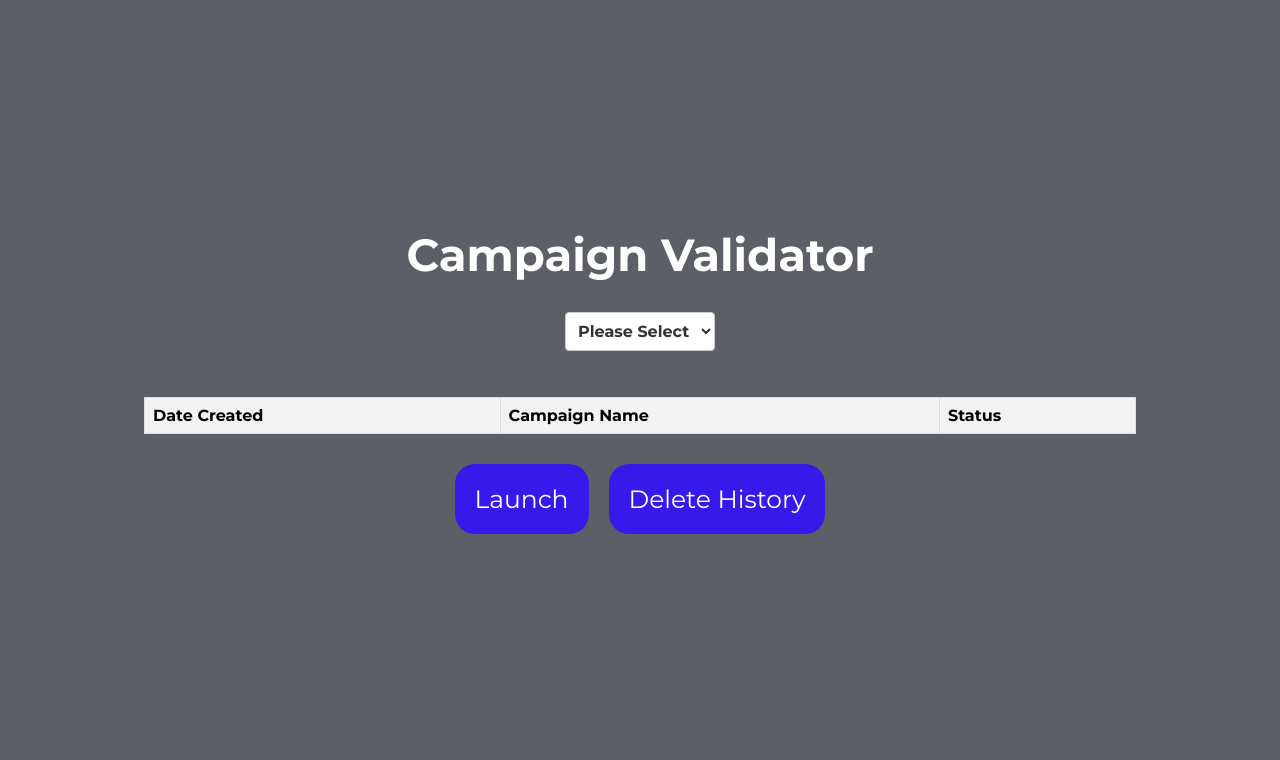
Repository: AbApin/project
Page: / (app in frontend/)
The author's editor kept a copy of each file at every save. The page is drawn from the files as they stood at one save, then again after a run of saves.
The browser window is 1280 px wide. The pictures show the whole page.
The page's requests for data from a server got no answer. The project was rebuilt for these pictures with package versions that can differ from the ones it lists, and the page was loaded fresh each time. No one was signed in, and anything a server would have sent is missing. Also part of the build but not shown: frontend/vue.config.js.

Above is the page before, as saved 2023-02-22 11:56:32.

### frontend/public/index.html
<!DOCTYPE html>
<html lang="">
  <head>
    <meta charset="utf-8" />
    <meta http-equiv="X-UA-Compatible" content="IE=edge" />
    <meta name="viewport" content="width=device-width,initial-scale=1.0" />
    <link rel="icon" href="<%= BASE_URL %>favicon.ico" />
    <title><%= htmlWebpackPlugin.options.title %></title>
    <link
      href="https://fonts.googleapis.com/css?family=Montserrat:100,200,300,regular,500,600,700,800,900,100italic,200italic,300italic,italic,500italic,600italic,700italic,800italic,900italic"
      rel="stylesheet"
    />
  </head>
  <body>
    <noscript>
      <strong
        >We're sorry but <%= htmlWebpackPlugin.options.title %> doesn't work properly without
        JavaScript enabled. Please enable it to continue.</strong
      >
    </noscript>
    <div id="app"></div>
    <!-- built files will be auto injected -->
  </body>
</html>

### frontend/src/App.vue
<template>
  <div id="app">
    <h1 class="appTitle">Campaign Validator</h1>
    <CampaignList @selected-campaign="handleCampaignSelected" />
    <table>
      <thead>
        <tr>
          <th>Date Created</th>
          <th>Campaign Name</th>
          <th>Status</th>
        </tr>
      </thead>
      <tbody>
        <tr v-for="test in tests" :key="test.id">
          <td>{{ test.date }}</td>
          <td>{{ test.campaign }}</td>
          <td :class="test.status ? 'status-passed' : 'status-failed'">
            {{ test.status ? 'Passed' : 'Failed' }}
          </td>
        </tr>
      </tbody>
    </table>
    <div class="btnsContainer">
      <button class="launchBtn" @click="createTest">launch</button>
      <button class="deleteBtn" @click="createTest">delete history</button>
    </div>
  </div>
</template>

<script>
import axios from 'axios';
import CampaignList from './components/CampaignList.vue';

export default {
  components: { CampaignList },
  name: 'App',
  data() {
    return {
      selectedCampaign: '',
      tests: [],
    };
  },
  async mounted() {
    await axios
      .get('/api/tests')
      .then((response) => {
        this.tests = response.data;
      })
      .catch((error) => {
        console.log(error);
      });
  },
  methods: {
    async createTest() {
      await axios
        .post(`/api/tests/${this.selectedCampaign.name}`)
        .then((response) => {
          this.tests = response.data;
        })
        .catch((error) => {
          console.log(error);
        });
    },
    handleCampaignSelected(campaign) {
      this.selectedCampaign = campaign;
    },
  },
};
</script>

<style>
* {
  margin: 0;
  padding: 0;
  box-sizing: 0;
  font-family: 'Montserrat', sans-serif;
}
#app {
  background: #5d5f66;
  display: flex;
  align-items: center;
  justify-content: center;
  flex-direction: column;
  gap: 30px;
  padding: 20px;
  height: 100vh;
}
.appTitle {
  font-size: 45px;
  color: #fff;
}
.btnsContainer{
  display: flex;
  gap: 20px;
  align-items: center;
}
.launchBtn,
.deleteBtn {
  font-size: 25px;
  text-transform: capitalize;
  padding: 20px;
  border-radius: 20px;
  border: 0;
  background: rgba(55, 25, 235, 1);
  color: #fff;
  cursor: pointer;
  transition: all 0.3s ease-in;
}
.launchBtn:hover {
  box-shadow: 0 0 10px rgba(55, 25, 235, 1);
}
select.campaignsList {
  font-size: 16px;
  font-weight: bold;
  color: #333;
  padding: 8px;
  margin-bottom: 16px;
  border: 1px solid #ccc;
  border-radius: 4px;
  background-color: #fff;
  cursor: pointer;
  transition: all 0.3s;
}

select.campaignsList:hover {
  border-color: #999;
}

select.campaignsList:focus {
  outline: none;
  border-color: #4d90fe;
  box-shadow: 0 0 0 2px rgba(77, 144, 254, 0.2);
}

.campaignOption {
  font-size: 14px;
  font-weight: normal;
}

.campaignOption:hover {
  background-color: #f2f2f2;
}

/* table */
table {
  border-collapse: collapse;
  width: 80%;
}
thead th {
  background-color: #f2f2f2;
  border: 1px solid #ddd;
  padding: 8px;
  text-align: left;
}
tbody td {
  border: 1px solid #ddd;
  padding: 8px;
}
tbody tr {
  background-color: #ddd;
}
tbody tr:hover {
  background-color: #fff;
}
.status-passed {
  color: green;
}
.status-failed {
  color: red;
}
</style>

### frontend/src/components/CampaignList.vue
<template>
  <select class="campaignsList" v-model="selectedCampaign" @input="emitSelectedCampaign">
    <option class="campaignOption" disabled value="">Please Select</option>
    <option
      class="campaignOption"
      :value="campaign"
      v-for="campaign in campaigns"
      :key="campaign.id"
    >
      {{ campaign.name }}
    </option>
  </select>
</template>

<script>
import axios from 'axios';

export default {
  name: 'CampaignList',
  data() {
    return {
      selectedCampaign: '',
      campaigns: [],
    };
  },
  async mounted() {
    await axios
      .get('/api/campaigns')
      .then((response) => {
        this.campaigns = response.data.campaigns;
      })
      .catch((error) => {
        console.log(error);
      });
  },
  methods: {
    emitSelectedCampaign() {
      this.$emit('selected-campaign', this.selectedCampaign);
    },
  },
  emits: ['selected-campaign'],
};
</script>

<style></style>

Loaded but not shown: frontend/src/main.js (common file)

After the next 2 saves:
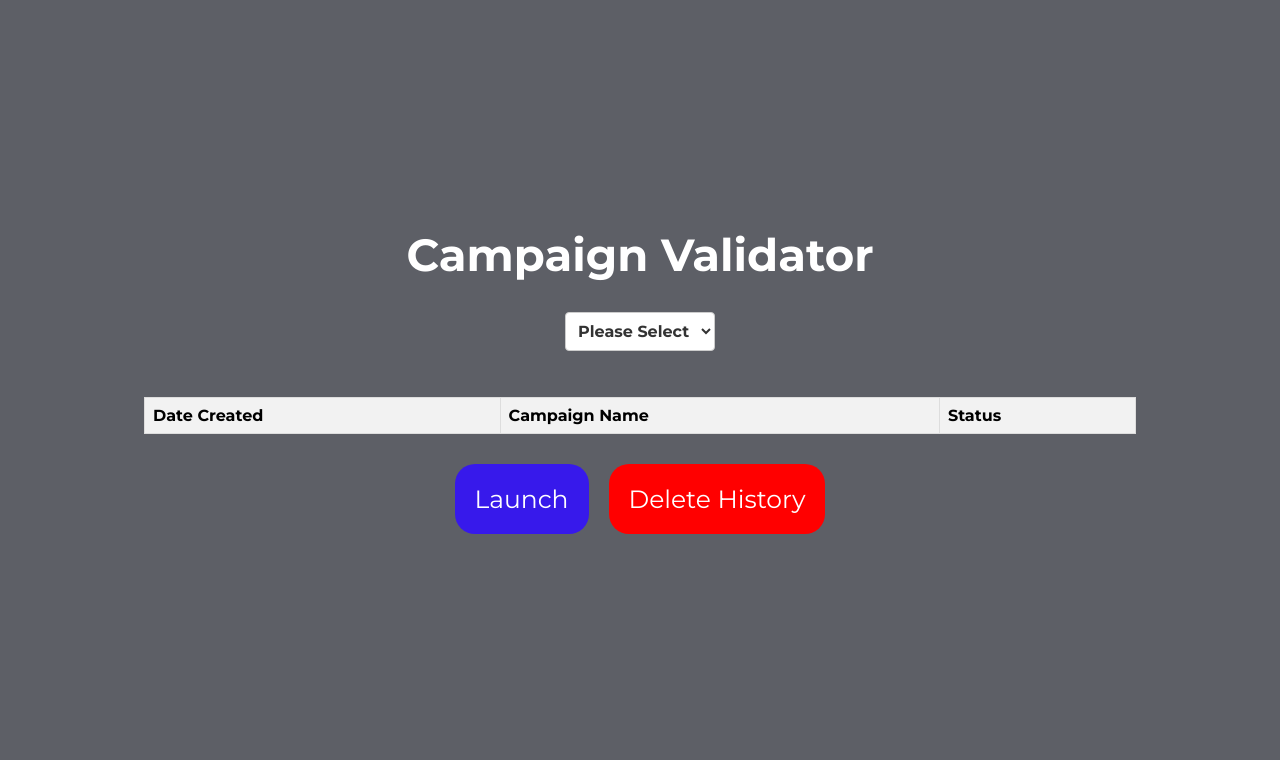
The 2 saves are shown as one change because they came seconds apart.
The last was saved 16 s later.
--- a/frontend/src/App.vue
+++ b/frontend/src/App.vue
@@ -109,6 +109,9 @@ export default {
 .launchBtn:hover {
   box-shadow: 0 0 10px rgba(55, 25, 235, 1);
 }
+.deleteBtn{
+  background: red;
+}
 select.campaignsList {
   font-size: 16px;
   font-weight: bold;
